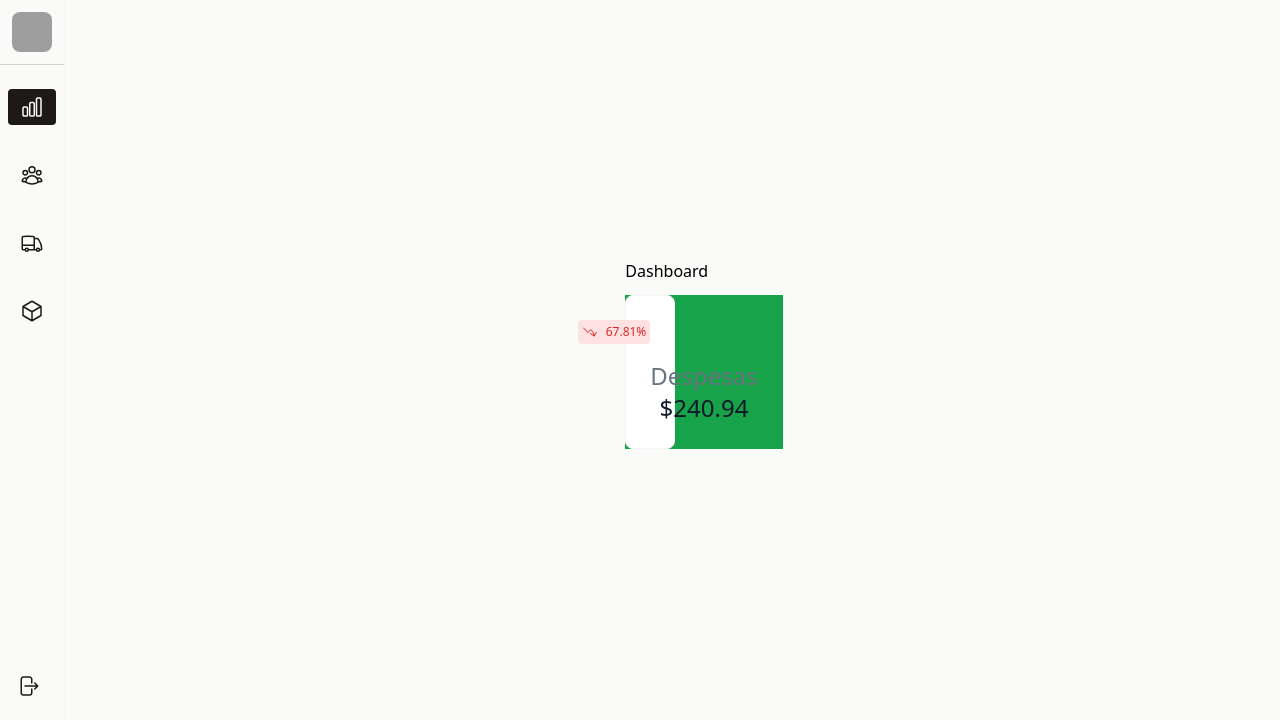
Repository: XavierOtavio/Cuzinhas
Page: /dashboard
An editor plug-in stored every save of this project. The page is shown before and after the next save, followed by the edit.
The browser window is 1280 px wide. The pictures show the whole page.
Pictures or frames that could not be fetched are drawn as grey boxes. The project was rebuilt for these pictures with package versions that can differ from the ones it lists, and the page was loaded fresh each time. Also part of the build but not shown: src/components/Orders.js, src/components/Employees.js, src/components/Login.js, src/components/Register.js, src/components/Home.js, src/components/Logotipo.js, src/components/Header.js, src/components/Footer.js and 1 more.

Above is the page before, as saved 2023-03-08 18:30:51.

After the next save:
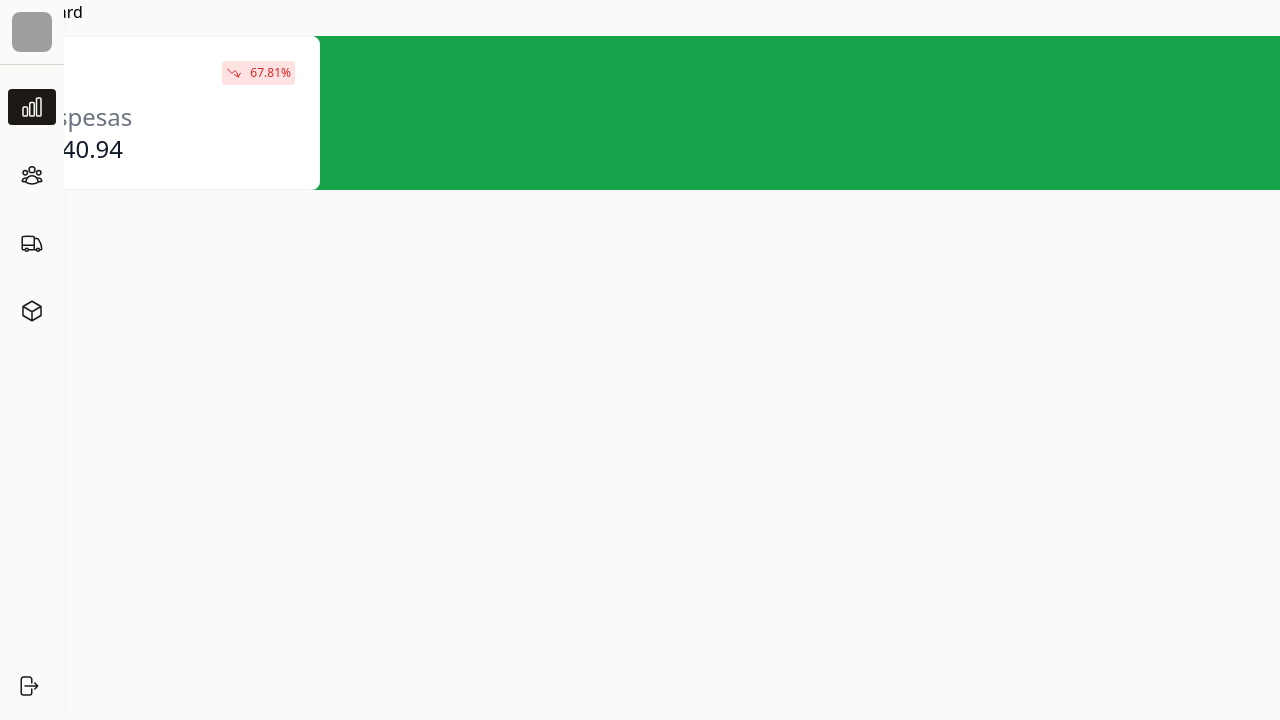
Saved 5 s later.
--- a/src/components/Dashboard.js
+++ b/src/components/Dashboard.js
@@ -6,7 +6,7 @@ import {
 
 export default function Dashboard() {
   return (
-    <div className="absolute  ml-32">
+    <div className="absolute inset-0 ">
       <h2 classname="w-full">Dashboard</h2>
       <div classname="grid grid-cols-12 grid-rows-6">
         <div className="row-start-2 row-end-3 col-start-6 col-end-9 bg-green-600">
